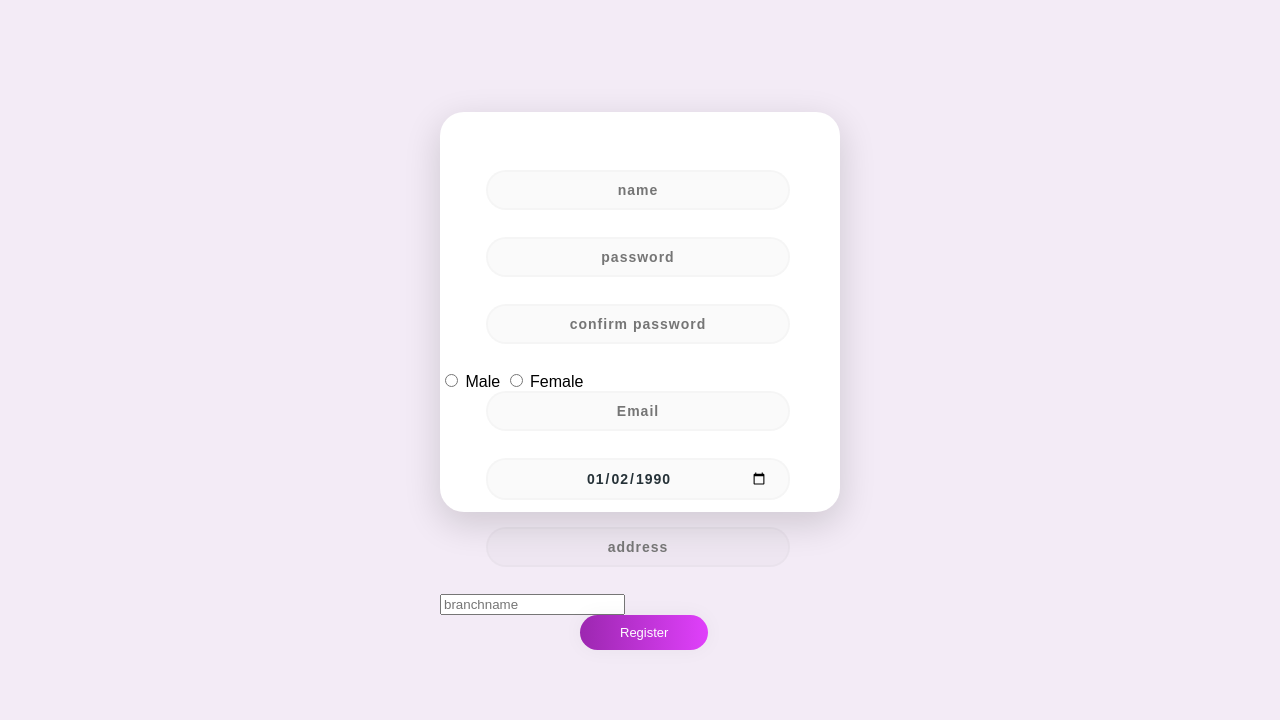
Repository: anujs099/bankingapp
Page: banking-application-final/WebContent/Register.html
An editor plug-in stored every save of this project. The page is shown before and after the next save, followed by the edit.
The browser window is 1280 px wide. The pictures show the whole page.

Above is the page before, as saved 2021-03-04 13:42:45.

### banking-application-final/WebContent/Register.html
<!DOCTYPE html>
<html>
<head>
<meta charset="ISO-8859-1">
<title>Insert title here</title>
<link rel="stylesheet" href="LoginFile.css">
</head>
<body>
<div class="main">
<Form action="registerservlet" method="post" class="form1"><br>
<input type="text" placeholder="name" name="firstname" class="un"><br>
<input type="password" placeholder="password" name="password" class="un"><br>
<input type="password" placeholder="confirm password" class="un"><br>
<div class="control">
  <label class="radio">
    <input type="radio" name="answer" value="male"></input>
   	Male
  </label>
  <label class="radio">
    <input type="radio" name="answer" value="female"></input>
    Female
  </label>
</div>
<input type="email" placeholder="Email" name="email" class="un"><br>
<input type="date" min="1990-01-01" max="2030-02-08" value="1990-01-02" name="date" class="un"><br>
<input type="text" placeholder="address" name="Address" class="un"><br>
<input type="text" placeholder="branchname" name="branch"><br>
<input type="submit" value="Register" class="submit"><br>
</Form>
</div>
</body>
</html>

### banking-application-final/WebContent/LoginFile.css
@charset "ISO-8859-1";
 body {
        background-color: #F3EBF6;
        font-family: 'Ubuntu', sans-serif;
    }

    .main {
        background-color: #FFFFFF;
        width: 400px;
        height: 400px;
        margin: 7em auto;
        border-radius: 1.5em;
        box-shadow: 0px 11px 35px 2px rgba(0, 0, 0, 0.14);
    }

    .sign {
        padding-top: 40px;
        color: #8C55AA;
        font-family: 'Ubuntu', sans-serif;
        font-weight: bold;
        font-size: 23px;
    }

    .un {
    width: 76%;
    color: rgb(38, 50, 56);
    font-weight: 700;
    font-size: 14px;
    letter-spacing: 1px;
    background: rgba(136, 126, 126, 0.04);
    padding: 10px 20px;
    border: none;
    border-radius: 20px;
    outline: none;
    box-sizing: border-box;
    border: 2px solid rgba(0, 0, 0, 0.02);
    margin-bottom: 50px;
    margin-left: 46px;
    text-align: center;
    margin-bottom: 27px;
    font-family: 'Ubuntu', sans-serif;
    }

    form.form1 {
        padding-top: 40px;
    }

    .pass {
            width: 76%;
    color: rgb(38, 50, 56);
    font-weight: 700;
    font-size: 14px;
    letter-spacing: 1px;
    background: rgba(136, 126, 126, 0.04);
    padding: 10px 20px;
    border: none;
    border-radius: 20px;
    outline: none;
    box-sizing: border-box;
    border: 2px solid rgba(0, 0, 0, 0.02);
    margin-bottom: 50px;
    margin-left: 46px;
    text-align: center;
    margin-bottom: 27px;
    font-family: 'Ubuntu', sans-serif;
    }


    .un:focus, .pass:focus {
        border: 2px solid rgba(0, 0, 0, 0.18) !important;

    }

    .submit {
      cursor: pointer;
        border-radius: 5em;
        color: #fff;
        background: linear-gradient(to right, #9C27B0, #E040FB);
        border: 0;
        padding-left: 40px;
        padding-right: 40px;
        padding-bottom: 10px;
        padding-top: 10px;
        font-family: 'Ubuntu', sans-serif;
        margin-left: 35%;
        font-size: 13px;
        box-shadow: 0 0 20px 1px rgba(0, 0, 0, 0.04);
    }

    .forgot {
        text-shadow: 0px 0px 3px rgba(117, 117, 117, 0.12);
        color: #E1BEE7;
        padding-top: 15px;
    }

    a {
        text-shadow: 0px 0px 3px rgba(117, 117, 117, 0.12);
        color: #E1BEE7;
        text-decoration: none
    }

    @media (max-width: 600px) {
        .main {
            border-radius: 0px;
        }

    }

After the next save:
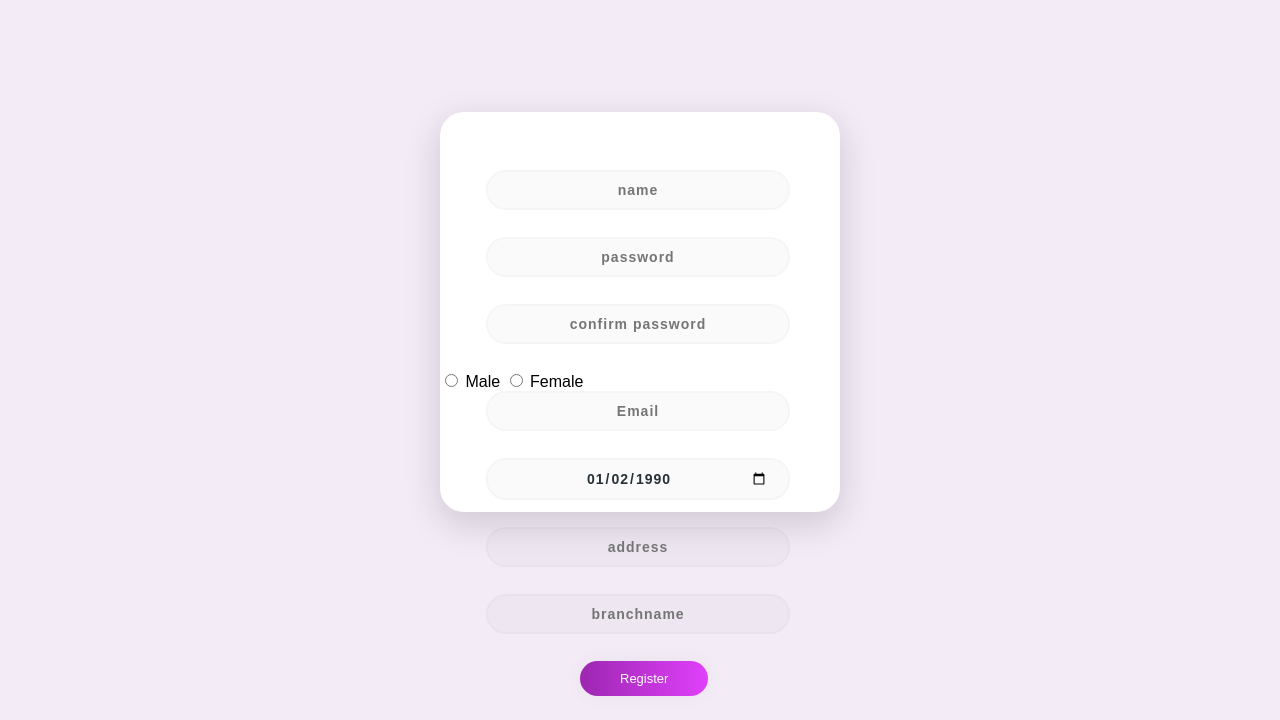
Saved 93 s later.
--- a/banking-application-final/WebContent/Register.html
+++ b/banking-application-final/WebContent/Register.html
@@ -6,7 +6,8 @@
 <link rel="stylesheet" href="LoginFile.css">
 </head>
 <body>
-<div class="main">
+<div class="main" style="width: 400px;
+        height: 400px;">
 <Form action="registerservlet" method="post" class="form1"><br>
 <input type="text" placeholder="name" name="firstname" class="un"><br>
 <input type="password" placeholder="password" name="password" class="un"><br>
@@ -24,7 +25,7 @@
 <input type="email" placeholder="Email" name="email" class="un"><br>
 <input type="date" min="1990-01-01" max="2030-02-08" value="1990-01-02" name="date" class="un"><br>
 <input type="text" placeholder="address" name="Address" class="un"><br>
-<input type="text" placeholder="branchname" name="branch"><br>
+<input type="text" placeholder="branchname" name="branch" class="un"><br>
 <input type="submit" value="Register" class="submit"><br>
 </Form>
 </div>
